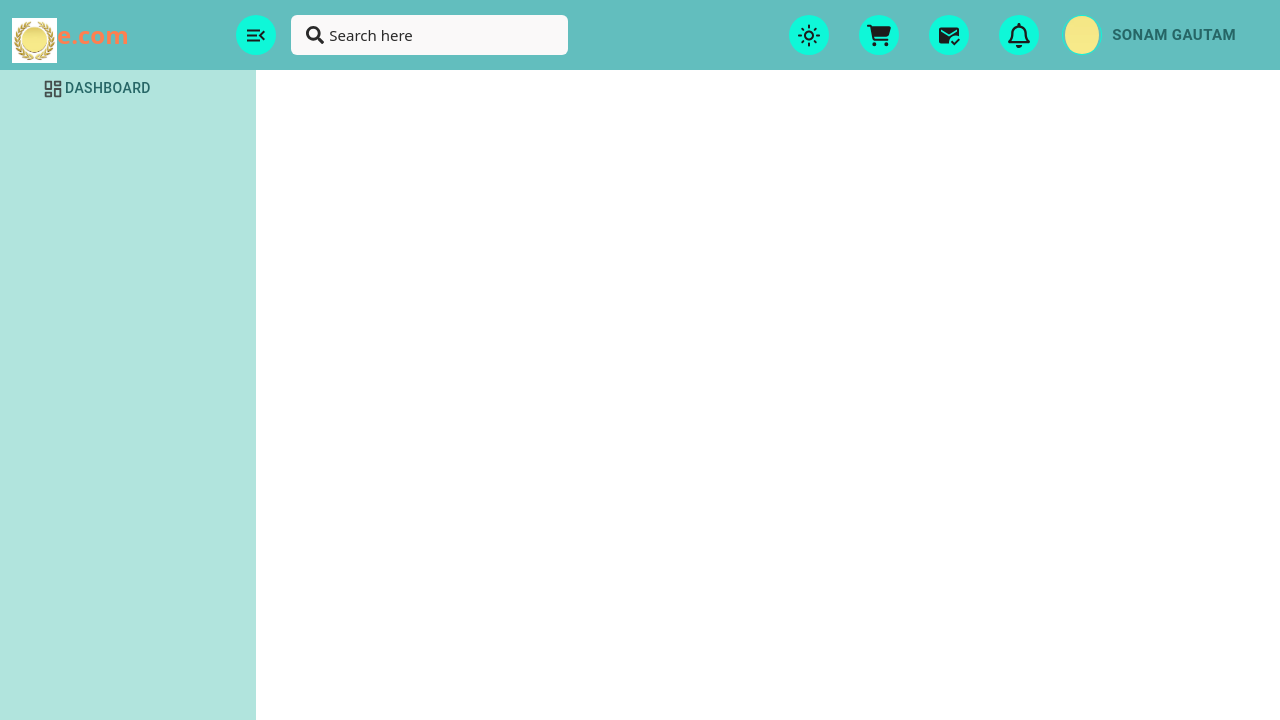
Repository: gautamsonam011/admin-react-dashboard
Page: /
The author's editor kept a copy of each file at every save. The page is drawn from the files as they stood at one save, then again after the next save.
The browser window is 1280 px wide. The pictures show the whole page.
The project was rebuilt for these pictures with package versions that can differ from the ones it lists, and the page was loaded fresh each time.

Above is the page before, as saved 2025-04-15 14:50:10.

After the next save:
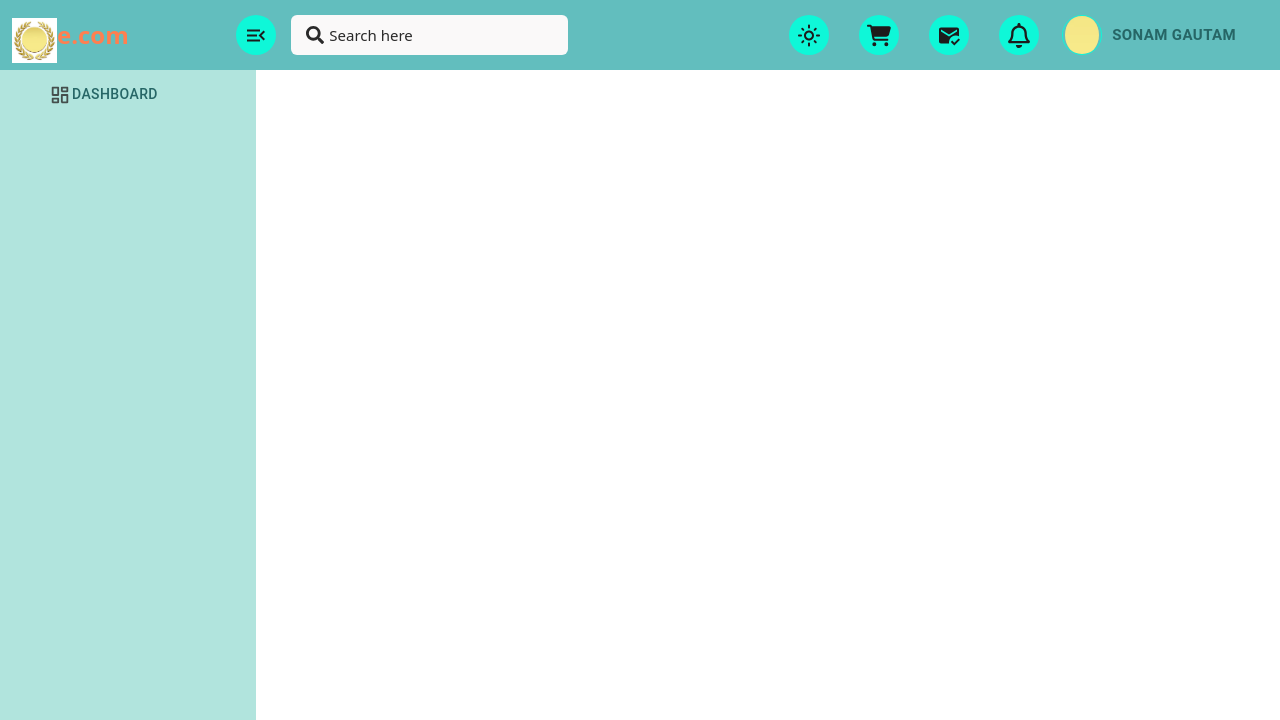
Saved 94 s later.
--- a/src/App.css
+++ b/src/App.css
@@ -58,6 +58,6 @@ header button.rounded-circle:hover svg{color: #2585d4 !important;}
 
 .main .sidebarWrapper .sidebar ul{margin-bottom:0px;}
 .main .sidebarWrapper .sidebar ul li{list-style: none;}
-.main .sidebarWrapper .sidebar ul li button{color:#266666; text-align: left; justify-content: left; border-radius:0px !important}
+.main .sidebarWrapper .sidebar ul li button{color:#266666; text-align: left; justify-content: left; border-radius:0px !important; padding: 12px 15px !important; align-items: center;}
 .main .sidebarWrapper .sidebar ul li button .icon{display: flex; align-items:center; justify-content: center; width:25px; height:25px;}
 .main .sidebarWrapper .sidebar ul li button .icon svg{color:#292929; opacity: 0.8; font-size: 22px;}
